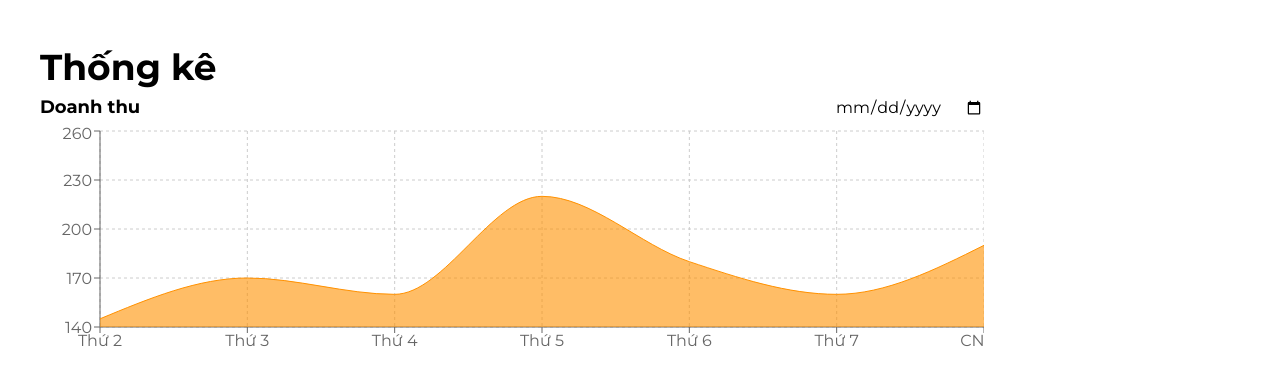
Repository: iphoneboy46/AltaMediaCMS
Page: /
These files come from the project's save history. The page is drawn as it stood at one moment and after the next save; the edit follows.
The browser window is 1280 px wide. The pictures show the whole page.
Some web libraries are served in a nearby version. The project was rebuilt for these pictures with package versions that can differ from the ones it lists, and the page was loaded fresh each time.

Above is the page before, as saved 2023-03-26 22:27:59.

### public/index.html
<!DOCTYPE html>
<html lang="en">
  <head>
    <meta charset="utf-8" />
    <link rel="icon" href="%PUBLIC_URL%/favicon.ico" />
    <meta name="viewport" content="width=device-width, initial-scale=1" />
    <meta name="theme-color" content="#000000" />
    <meta
      name="description"
      content="Web site created using create-react-app"
    />
    <link rel="apple-touch-icon" href="%PUBLIC_URL%/logo192.png" />
    <!--
      manifest.json provides metadata used when your web app is installed on a
      user's mobile device or desktop. See https://developers.google.com/web/fundamentals/web-app-manifest/
    -->
    <link rel="manifest" href="%PUBLIC_URL%/manifest.json" />
    <!--
      Notice the use of %PUBLIC_URL% in the tags above.
      It will be replaced with the URL of the `public` folder during the build.
      Only files inside the `public` folder can be referenced from the HTML.

      Unlike "/favicon.ico" or "favicon.ico", "%PUBLIC_URL%/favicon.ico" will
      work correctly both with client-side routing and a non-root public URL.
      Learn how to configure a non-root public URL by running `npm run build`.
    -->
    <link rel="stylesheet" href="https://cdnjs.cloudflare.com/ajax/libs/font-awesome/6.3.0/css/all.min.css" integrity="sha512-SzlrxWUlpfuzQ+pcUCosxcglQRNAq/DZjVsC0lE40xsADsfeQoEypE+enwcOiGjk/bSuGGKHEyjSoQ1zVisanQ==" crossorigin="anonymous" referrerpolicy="no-referrer" />
    <title>React App</title>
  </head>
  <body>
    <noscript>You need to enable JavaScript to run this app.</noscript>
    <div id="root"></div>
    <!--
      This HTML file is a template.
      If you open it directly in the browser, you will see an empty page.

      You can add webfonts, meta tags, or analytics to this file.
      The build step will place the bundled scripts into the <body> tag.

      To begin the development, run `npm start` or `yarn start`.
      To create a production bundle, use `npm run build` or `yarn build`.
    -->
  </body>
</html>

### src/App.tsx

import './App.css';
import Home from './components/Home/Home';
import MenuBar from './components/Menu/MenuBar';

function App() {
  return (
    <div className="App">
      {/* <MenuBar /> */}
      <Home />
    </div>
  );
}

export default App;

### src/App.css
@import url('https://fonts.googleapis.com/css2?family=Montserrat:wght@300;400;500;700&display=swap');

*{
  margin: 0;
  padding: 0;
  box-sizing: border-box;
  font-family: 'Montserrat', sans-serif;
}

### src/components/Home/Home.tsx
import React from 'react'
import Charts from '../Charts/Charts'

function Home() {
  return (
    <div className="w-[80%] bg-[white] p-10">
        <div className="">
            <h1 className="text-[black] text-[36px] font-[700]">Thống kê</h1>
        </div>
        <div className="flex items-center justify-between">
           <div> <h2 className="text-[black] text-[18px] font-[600]">Doanh thu</h2></div>
           <div>
             <input className="" type="date" value="" />
           </div>
        </div>
        <Charts />
    </div>
  )
}

export default Home

### src/components/Charts/Charts.tsx
import React from "react";
import {
  AreaChart,
  Area,
  XAxis,
  YAxis,
  CartesianGrid,
  Tooltip,
  ResponsiveContainer,
} from "recharts";
function Charts() {
  const data = [
    {

      name: "Thứ 2",

      uv: 145,

    },
    {
      name: "Thứ 3",
      uv: 170,

    },
    {
      name: "Thứ 4",
      uv: 160,

    },
    {
      name: "Thứ 5",
      uv: 220,

    },
    {
      name: "Thứ 6",
      uv: 180,

    },
    {
      name: "Thứ 7",
      uv: 160,

    },
    {
      name: "CN",
      uv: 190,

    },
  ];

  return (
    <div className="w-[100%] h-[100%] ">
      <ResponsiveContainer width="100%" aspect={4}>
        <AreaChart
          width={500}
          height={400}
          data={data}
          margin={{
            top: 10,
            right: 0,
            left: 0,
            bottom: 0,
          }}
        >
          <CartesianGrid strokeDasharray="3 3" />
          <XAxis   dataKey="name" />
          <YAxis dataKey="label" type="number" domain={[140,260]}  allowDataOverflow={true} />
          <Tooltip />
          <Area
            type="monotone"
            dataKey="uv"
            stackId="1"
            stroke="#FF9100"
            fill="#FF9100"
          />
        </AreaChart>
      </ResponsiveContainer>
    </div>
  );
}

export default Charts;

### tailwind.config.js

module.exports = {
  content: [
    "./src/**/*.{js,jsx,ts,tsx}",
    ],
  theme: {
    extend: {},
    colors:{
        'yellowMain':"#FFB800",
         'background' :"#E5E5E5"

    }
  },
  plugins: [],
}

Loaded but not shown: src/index.tsx (common file); src/index.css (common file); src/reportWebVitals.ts (common file)

After the next save:
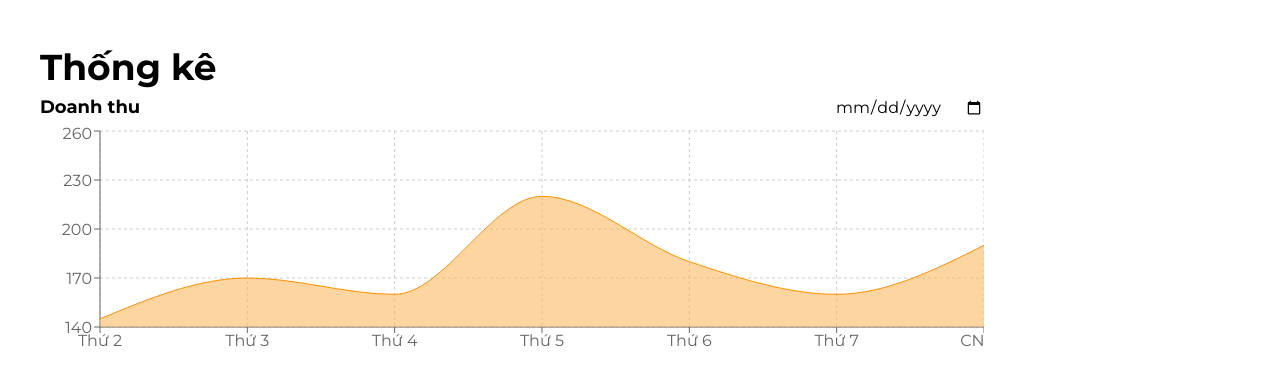
Saved 37 s later.
--- a/src/components/Charts/Charts.tsx
+++ b/src/components/Charts/Charts.tsx
@@ -72,7 +72,7 @@ function Charts() {
             dataKey="uv"
             stackId="1"
             stroke="#FF9100"
-            fill="#FF9100"
+            fill="#FAB963"
           />
         </AreaChart>
       </ResponsiveContainer>
